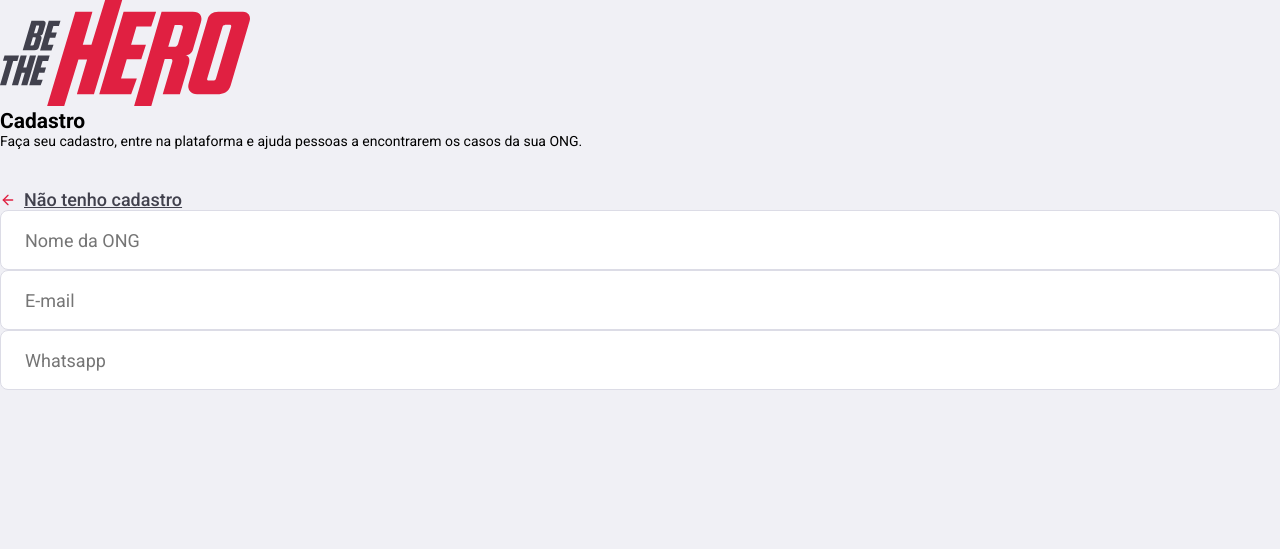
Repository: s7Thiago/semana-omnistack-11.0
Page: /register (app in front-end/)
An editor plug-in stored every save of this project. The page is shown before and after the next save, followed by the edit.
The browser window is 1280 px wide. The pictures show the whole page.
The project was rebuilt for these pictures with package versions that can differ from the ones it lists, and the page was loaded fresh each time. Also part of the build but not shown: front-end/src/pages/Logon/styles.css, front-end/src/pages/Logon/index.js, front-end/src/pages/Register/styles.css.

Above is the page before, as saved 2020-03-26 22:25:38.

### front-end/src/App.js
import React from 'react';
import './global.css';

import Routes from './routes';

function App() {

  return (
    <Routes />
  );
}

export default App;

### front-end/src/global.css
@import url('https://fonts.googleapis.com/css?family=Roboto:400,500,700&display=swap');

*{
    margin: 0;
    padding: 0;
    outline: 0;
    box-sizing: border-box; /*Faz com que o padding dos elementos seja anexado na sua largura e na sua altura*/
}

body{
    font: 400 14px Roboto, sans-serif;
    background: #f0f0f5;
    -webkit-font-smoothing: antialiased;
}

input, button, textarea {
    font: 400 18px Roboto, sans-serif;
}

button {
    cursor: pointer;
}

form input {
    width: 100%;
    height: 60px;
    color: #333;
    border: 1px solid #dcdce6;
    border-radius: 8px;
    padding: 0 24px;
}

.button {
    width: 100%;
    height: 60px;
    background: #e02041;
    border: 0;
    border-radius: 8px;
    color: #fff;
    font-weight: 700;
    margin-top: 16px;
    display: inline-block;
    text-align: center;
    text-decoration: nome;
    font-size: 18px;
    line-height: 60px;
    transition: filter 0.25s;
}

.button:hover{
    filter: brightness(90%);
}

.back-link{
    display: flex;
    align-items: center;
    margin-top: 40px;
    color: #41414d;
    font-size: 18px;
    text-decoration: nome;
    font-weight: 500;
    transition: opacity 0.2s;
}

.back-link svg{
    margin-right: 8px;

}

.back-link:hover{
    opacity: 0.8;
}

### front-end/src/routes.js
import React from 'react';
import { BrowserRouter, Route, Switch } from 'react-router-dom';

import Logon from './pages/Logon';
import Register from './pages/Register';

export default function Routes() {
    return (
        <BrowserRouter>
            <Switch>
                <Route path="/" exact component={Logon} />
                <Route path="/register" component={Register} />

            </Switch>
        </BrowserRouter>
    );
}

### front-end/src/pages/Register/index.js
import React from 'react';

import { Link } from 'react-router-dom';
import { FiArrowLeft } from 'react-icons/fi'

import './styles.css'

import logoImg from '../../assets/logo.svg';

export default function Register() {
    return (
        <div className="register-container">
            <div className="conent">
                <section>
                    <img src={logoImg} alt="Be the Hero" />
                    <h1>Cadastro</h1>
                    <p>Faça seu cadastro, entre na plataforma e ajuda pessoas a encontrarem os casos da sua ONG.</p>

                    <Link className="back-link" to="/register">
                        <FiArrowLeft size={16} color="#E02041" />
                        Não tenho cadastro
                        </Link>
                </section>

                <form>
                    <input placeholder="Nome da ONG" />
                    <input type="email" placeholder="E-mail" />
                    <input placeholder="Whatsapp" />
                </form>
            </div>
        </div>
    );
}

Loaded but not shown: front-end/src/index.js (common file)

After the next save:
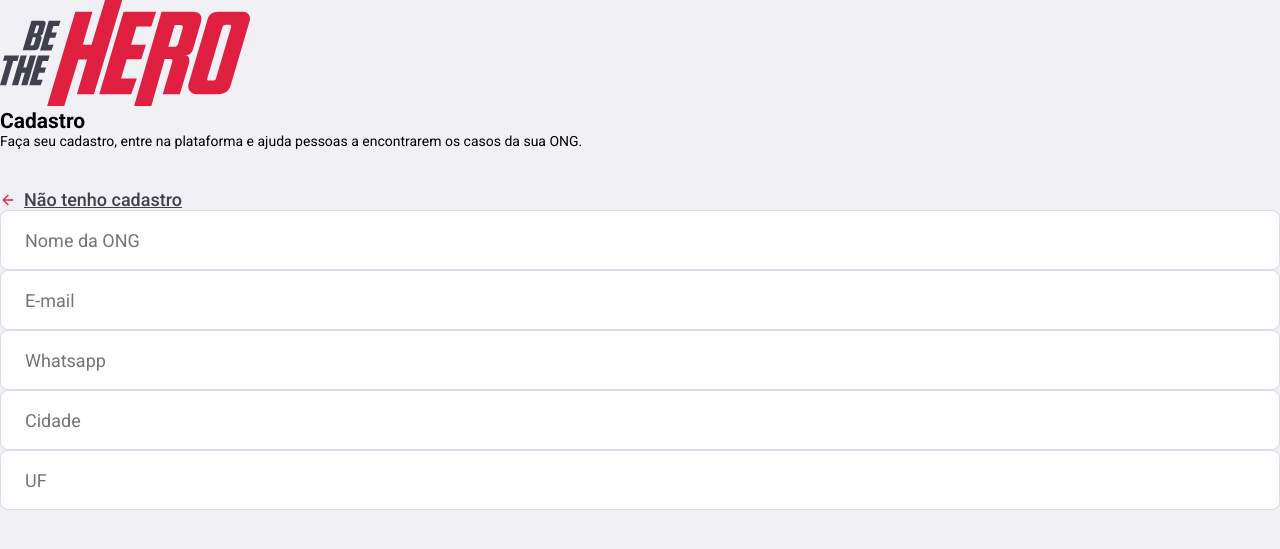
Saved 84 s later.
--- a/front-end/src/pages/Register/index.js
+++ b/front-end/src/pages/Register/index.js
@@ -26,6 +26,11 @@ export default function Register() {
                     <input placeholder="Nome da ONG" />
                     <input type="email" placeholder="E-mail" />
                     <input placeholder="Whatsapp" />
+
+                    <div className="input-group">
+                        <input placeholder="Cidade" />
+                        <input placeholder="UF" />
+                    </div>
                 </form>
             </div>
         </div>
